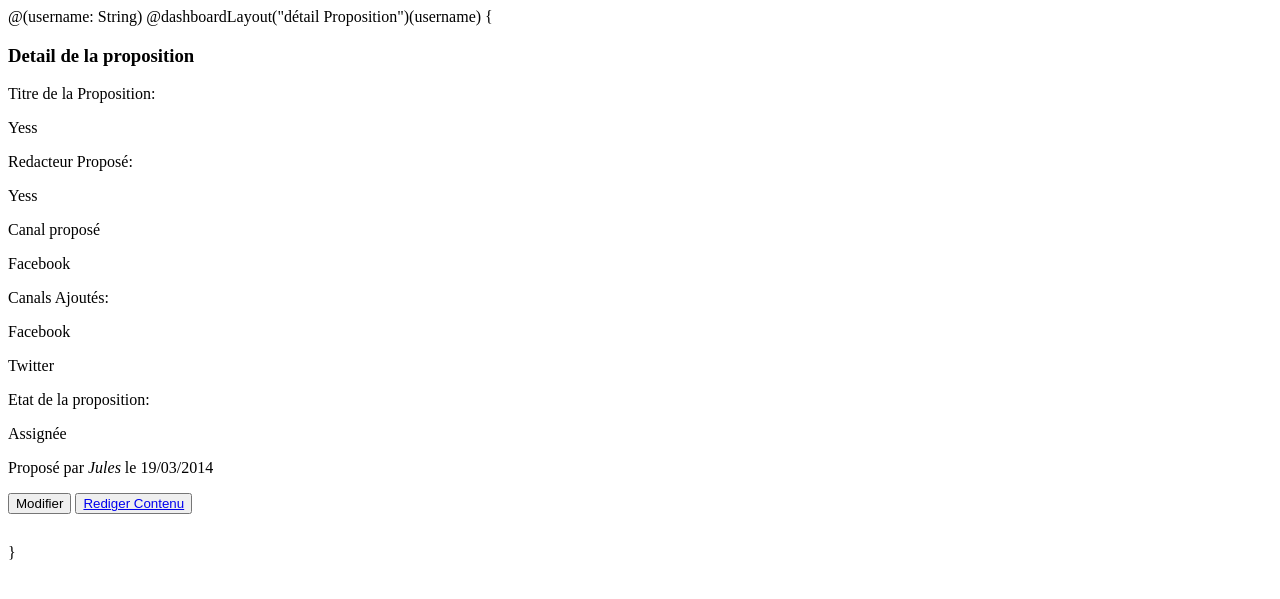
Repository: spirale-software/labo_master
Page: Application/oneDotCom/app/views/proposalDetail.scala.html
These files come from the project's save history. The page is drawn as it stood at one moment and after the next save; the edit follows.
The browser window is 1280 px wide. The pictures show the whole page.

Above is the page before, as saved 2017-04-02 23:17:42.

### Application/oneDotCom/app/views/proposalDetail.scala.html
@(username: String)

@dashboardLayout("détail Proposition")(username) {
	<meta content="text/html; charset=UTF-8" http-equiv="Content-Type">
	 <div class="panel panel-default detail-proposal-style">
                <div class="panel-heading">
                    <h3 class="panel-title">Detail de la proposition</h3>
                </div>
                <div class="panel-body">
                    <div class="panel panel-default" style="margin-top: 10px">
                        <div class="panel-body">
                            <p class="col-lg-3 col-md-3 ">Titre de la Proposition: </p>
                            <p class="col-lg-9 col-md-9">Yess</p>
                        </div>
                    </div>

                    <div class="panel panel-default">
                        <div class="panel-body">
                            <p class="col-lg-3 col-md-3 ">Redacteur Proposé: </p>
                            <p class="col-lg-9 col-md-9">Yess</p>
                        </div>
                    </div>

                    <div class="panel panel-default">
                        <div class="panel-body">
                            <p class="col-lg-3 col-md-3 ">Canal proposé </p>
                            <p class="col-lg-9 col-md-9">Facebook</p>
                        </div>
                    </div>

                    <div class="panel panel-default">
                        <div class="panel-body">
                            <p class="col-lg-3 col-md-3 ">Canals Ajoutés: </p>
                            <div class="col-lg-9 col-md-9">
                                <p>Facebook</p>
                                <p>Twitter</p>
                            </div>
                        </div>
                    </div>

                    <div class="panel panel-default">
                        <div class="panel-body">
                            <p class="col-lg-3 col-md-3 ">Etat de la proposition: </p>
                            <p class="col-lg-9 col-md-9">Assignée</p>
                        </div>
                    </div>

                    <div class="panel panel-default">
                        <div class="panel-body">
                            <p>Proposé par <em class="text-primary">Jules</em> le 19/03/2014 </p>
                        </div>
                    </div>

                    <div style="margin-bottom: 30px">
                        <button type="button" class="btn btn-primary">Modifier</button>
                        <button type="button" class="btn btn-primary">
                        	<a href="@routes.ProposalController.writeProposalContentAction(proposal.getIdProposal())">Rediger Contenu</a>
                        </button>
                    </div>

                </div>
            </div>

}

After the next save:
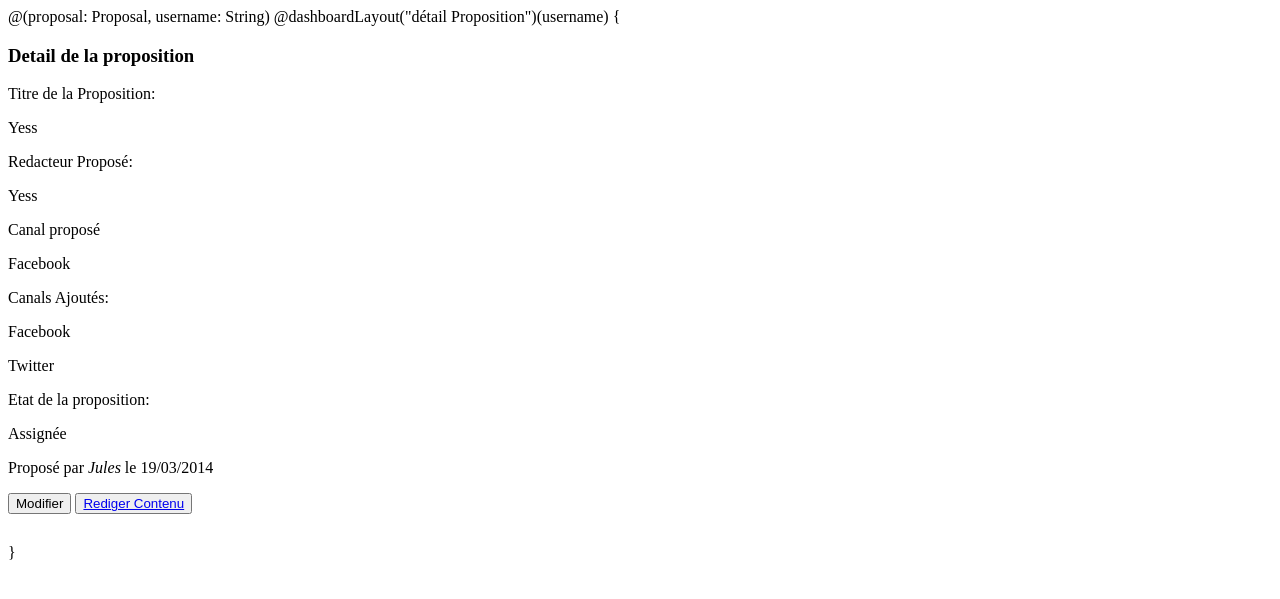
Saved 31 s later.
--- a/Application/oneDotCom/app/views/proposalDetail.scala.html
+++ b/Application/oneDotCom/app/views/proposalDetail.scala.html
@@ -1,4 +1,4 @@
-@(username: String)
+@(proposal: Proposal, username: String)
 
 @dashboardLayout("détail Proposition")(username) {
 	<meta content="text/html; charset=UTF-8" http-equiv="Content-Type">
